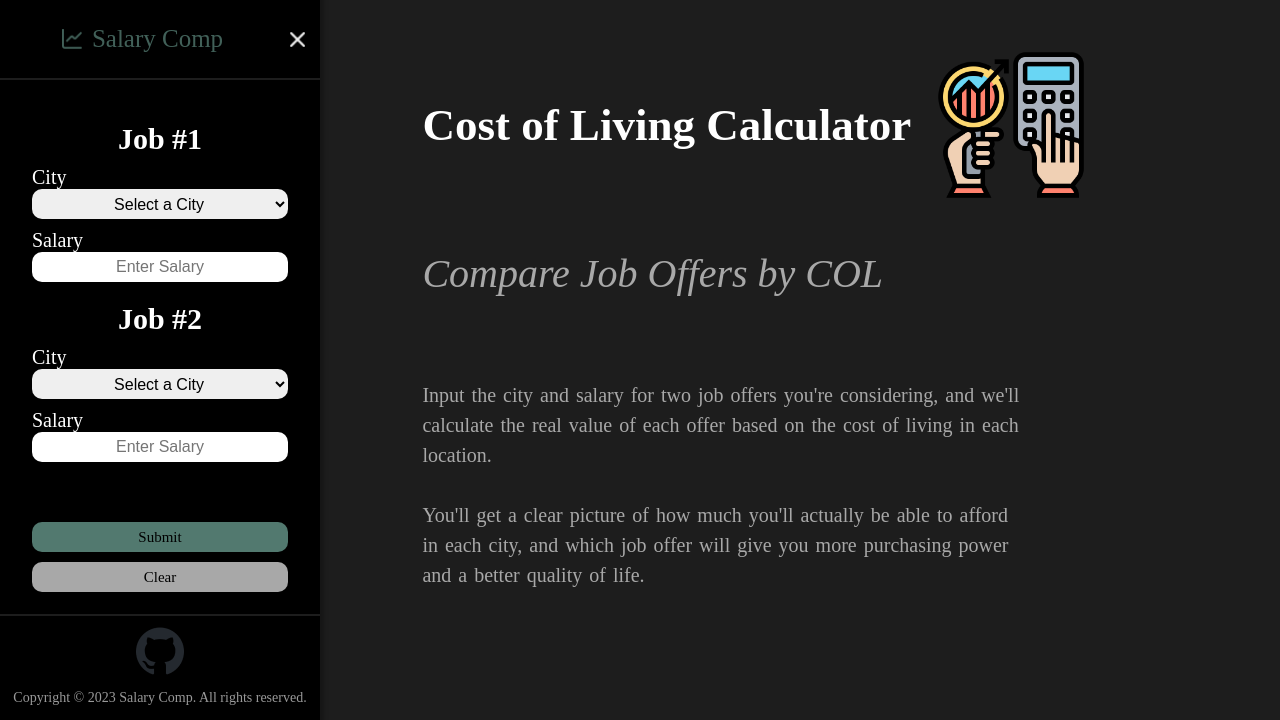
Repository: robbymcd/Salary-Comp
Page: /
An editor plug-in stored every save of this project. The page is shown before and after the next save, followed by the edit.
The browser window is 1280 px wide. The pictures show the whole page.
Some web fonts or font styles are not loaded; a fallback is used. The project was rebuilt for these pictures with package versions that can differ from the ones it lists, and the page was loaded fresh each time. Also part of the build but not shown: src/Main.css, src/Main.js.

Above is the page before, as saved 2023-06-16 10:48:22.

### public/index.html
<!DOCTYPE html>
<html lang="en">
  <head>
    <meta charset="utf-8" />
    <link rel="icon" href="%PUBLIC_URL%/favicon.ico" />
    <meta name="viewport" content="width=device-width, initial-scale=1" />
    <meta name="theme-color" content="#000000" />
    <meta
      name="description"
      content="Compare Job Offers by COL"
    />
    <link rel="apple-touch-icon" href="%PUBLIC_URL%/logo192.png" />
    <!--
      manifest.json provides metadata used when your web app is installed on a
      user's mobile device or desktop. See https://developers.google.com/web/fundamentals/web-app-manifest/
    -->
    <link rel="manifest" href="%PUBLIC_URL%/manifest.json" />
    <!--
      Notice the use of %PUBLIC_URL% in the tags above.
      It will be replaced with the URL of the `public` folder during the build.
      Only files inside the `public` folder can be referenced from the HTML.

      Unlike "/favicon.ico" or "favicon.ico", "%PUBLIC_URL%/favicon.ico" will
      work correctly both with client-side routing and a non-root public URL.
      Learn how to configure a non-root public URL by running `npm run build`.
    -->
    <title>Salary Comp</title>
  </head>
  <body>
    <noscript>You need to enable JavaScript to run this app.</noscript>
    <div id="root"></div>
    <!--
      This HTML file is a template.
      If you open it directly in the browser, you will see an empty page.

      You can add webfonts, meta tags, or analytics to this file.
      The build step will place the bundled scripts into the <body> tag.

      To begin the development, run `npm start` or `yarn start`.
      To create a production bundle, use `npm run build` or `yarn build`.
    -->
  </body>
</html>

### src/index.css
body {
  margin: 0;
  font-family: -apple-system, BlinkMacSystemFont, 'Segoe UI', 'Roboto', 'Oxygen',
    'Ubuntu', 'Cantarell', 'Fira Sans', 'Droid Sans', 'Helvetica Neue',
    sans-serif;
  -webkit-font-smoothing: antialiased;
  -moz-osx-font-smoothing: grayscale;
  height: 100%;
  width: 100%;
}

html {
  height: 100%;
  width: 100%;
  background-color: #1D1D1D;
}

code {
  font-family: source-code-pro, Menlo, Monaco, Consolas, 'Courier New',
    monospace;
}

### src/App.js
import React, { useState } from 'react';
import './App.css';
import Sidebar from './Sidebar.js';
import Content from './Content.js';

function App() {
  const [isSubmitted, setIsSubmitted] = useState(false);
  const [cityCOL1, setCityCOL1] = useState('');
  const [cityCOL2, setCityCOL2] = useState('');
  const [cityName1, setCityName1] = useState('');
  const [cityName2, setCityName2] = useState('');
  const [salary1, setSalary1] = useState('');
  const [salary2, setSalary2] = useState('');

  const handleFormSubmit = (formData) => {
    setIsSubmitted(true);
    setCityCOL1(formData.cityCOL1);
    setCityCOL2(formData.cityCOL2);
    setCityName1(formData.cityName1);
    setCityName2(formData.cityName2);
    setSalary1(formData.salary1);
    setSalary2(formData.salary2);
  };

  return (
    <div className="main">
        <Sidebar onFormSubmit={handleFormSubmit}/>
        <Content isSubmitted={isSubmitted} cityCOL1={cityCOL1} cityCOL2={cityCOL2} cityName1={cityName1} cityName2={cityName2} salary1={salary1} salary2={salary2} />
    </div>
  );
}

export default App;

### src/App.css
.main {
    display: flex;
    flex-direction: row;
    height: 200%;
    width: 100%;
    background-color: #1D1D1D;
}

### src/Sidebar.js
import React, { useState, useRef } from 'react';
import plus from './plus.png';
import './Sidebar.css';
import chart from './chart.png';
import github from './github.png';
import x from './x.png';
import './OpenSidebar.css';
import './Select.css';

export default function Sidebar( { onFormSubmit } ) {
    const [isOpen, setIsOpen] = useState(true);
    const [isClosed, setIsClosed] = useState(false);

    const [city1, setCity1] = useState('0');
    const [city2, setCity2] = useState('0');

    const [salary1, setSalary1] = useState('');
    const [salary2, setSalary2] = useState('');


    const [error, setError] = useState(false);

    const selectRef1 = useRef(null);
    const selectRef2 = useRef(null);

    const formatSalary = (salary) => {
        salary = salary.replace(/[^0-9]/g, '');

        // Convert the salary to a number and format it with commas
        const formattedSalary = Number(salary).toLocaleString();

        // Add the '$' symbol
        return '$' + formattedSalary;
    }

    const openSidebar = () => {
        setIsOpen(true);
        setIsClosed(false);
    }

    const closeSidebar = () => {
        setIsOpen(false);
        setIsClosed(true);
    }

    const city1ChangeHandler = (event) => {
        setCity1(event.target.value)
    }

    const city2ChangeHandler = (event) => {
        setCity2(event.target.value);
    }


    const salary1ChangeHandler = (event) => {
        const inputValue = event.target.value;
        const formattedValue = formatSalary(inputValue);
        const regex = /\d/;

        if (regex.test(formattedValue[formattedValue.length - 1])) {
          setSalary1(formattedValue);
        } else {
            setSalary1(formattedValue.slice(0, formattedValue.length - 1));
        }
      }


    const salary2ChangeHandler = (event) => {
        const inputValue = event.target.value;
        const formattedValue = formatSalary(inputValue);
        const regex = /\d/;
        if (regex.test(formattedValue[formattedValue.length - 1])) {
            setSalary2(formattedValue);
        } else {
            setSalary2(formattedValue.slice(0, formattedValue.length - 1));
        }
    }

    const refresh = () => {
        window.location.reload(false);
    }

    const submitHandler = (event) => {
        event.preventDefault();
        if (city1 === '0' | city2 === '0' | salary1 === '' | salary2 === '') {
            setError(true);
            return;
        }
        setError(false);
        const formData = {
            cityCOL1: city1,
            cityCOL2: city2,
            cityName1: selectRef1.current.options[selectRef1.current.selectedIndex].text,
            cityName2: selectRef2.current.options[selectRef2.current.selectedIndex].text,
            salary1: salary1,
            salary2: salary2
        };
        onFormSubmit(formData);
    }

    const clearHandler = (event) => {
        event.preventDefault();
        setError(false);
        setCity1('0');
        setCity2('0');
        setSalary1('');
        setSalary2('');
    }

    return (
        <div className="sidebar">
            {isClosed && (
                <div className='closed-sidebar'>
                <img
                    className="plusIcon"
                    src={plus}
                    alt="plus"
                    onClick={openSidebar}
                />
            </div>
            )}
            {isOpen && (
                <div className='open-sidebar'>
                <div className='sidebar-header'>
                    <div className='logo' onClick={refresh}>
                        <img className='chart' src={chart} alt='Chart'></img>
                        <p>Salary Comp</p>
                    </div>
                    <img className='x' src={x} alt='x' onClick={closeSidebar}></img>
                </div>
                <form className='form' onSubmit={onFormSubmit}>
                    <h1>Job #1</h1>
                    <div className='city'>
                        <label>City</label>
                        <div className="select-main">
                            <select ref={selectRef1} value={city1} className='select-input' onChange={city1ChangeHandler}>
                                <option value='0'>Select a City</option>
                                <option value='89.1'>Abilene, TX</option>
                                <option value='90.5'>Adrian, MI</option>
                                <option value='89.4'>Akron, OH</option>
                                <option value='85.8'>Alamogordo, NM</option>
                                <option value='87.3'>Albany, GA</option>
                                <option value='105.4'>Albany, OR</option>
                                <option value='100.1'>Albany, NY</option>
                                <option value='90.9'>Albertville, AL</option>
                                <option value='92.9'>Albuquerque, NM</option>
                                <option value='86.2'>Alexandria, LA</option>
                                <option value='98.9'>Allentown, PA</option>
                                <option value='90.8'>Altoona, PA</option>
                                <option value='88.2'>Amarillo, TX</option>
                                <option value='91.5'>Ames, IA</option>
                                <option value='110.7'>Anchorage, AK</option>
                                <option value='99.3'>Ann Arbor, MI</option>
                                <option value='85.7'>Anniston, AL</option>
                                <option value='90.7'>Appleton, WI</option>
                                <option value='103.3'>Asheville, NC</option>
                                <option value='87.4'>Ashtabula, OH</option>
                                <option value='88.5'>Athens, OH</option>
                                <option value='92.9'>Athens, TX</option>
                                <option value='95'>Athens, GA</option>
                                <option value='100.3'>Atlanta, GA</option>
                                <option value='102'>Atlantic City, NJ</option>
                                <option value='93.7'>Auburn, NY</option>
                                <option value='91.9'>Auburn, AL</option>
                                <option value='91.6'>Augusta, GA</option>
                                <option value='100'>Augusta, ME</option>
                                <option value='106.6'>Austin, TX</option>
                                <option value='102.9'>Bakersfield, CA</option>
                                <option value='107'>Baltimore, MD</option>
                            </select>
                        </div>
                    </div>
                    <div className='salary'>
                        <label>Salary</label>
                        <input className='salary-input' type='text' placeholder='Enter Salary' onChange={salary1ChangeHandler} value={salary1}></input>
                    </div>
                    <h1>Job #2</h1>
                    <div className='city'>
                        <label>City</label>
                        <div className="select-main">
                            <select ref={selectRef2} value={city2} className='select-input' onChange={city2ChangeHandler}>
                                <option value='0'>Select a City</option>
                                <option value='89.1'>Abilene, TX</option>
                                <option value='90.5'>Adrian, MI</option>
                                <option value='89.4'>Akron, OH</option>
                                <option value='85.8'>Alamogordo, NM</option>
                                <option value='87.3'>Albany, GA</option>
                                <option value='105.4'>Albany, OR</option>
                                <option value='100.1'>Albany, NY</option>
                                <option value='90.9'>Albertville, AL</option>
                                <option value='92.9'>Albuquerque, NM</option>
                                <option value='86.2'>Alexandria, LA</option>
                                <option value='98.9'>Allentown, PA</option>
                                <option value='90.8'>Altoona, PA</option>
                                <option value='88.2'>Amarillo, TX</option>
                                <option value='91.5'>Ames, IA</option>
                                <option value='110.7'>Anchorage, AK</option>
                                <option value='99.3'>Ann Arbor, MI</option>
                                <option value='85.7'>Anniston, AL</option>
                                <option value='90.7'>Appleton, WI</option>
                                <option value='103.3'>Asheville, NC</option>
                                <option value='87.4'>Ashtabula, OH</option>
                                <option value='88.5'>Athens, OH</option>
                                <option value='92.9'>Athens, TX</option>
                                <option value='95'>Athens, GA</option>
                                <option value='100.3'>Atlanta, GA</option>
                                <option value='102'>Atlantic City, NJ</option>
                                <option value='93.7'>Auburn, NY</option>
                                <option value='91.9'>Auburn, AL</option>
                                <option value='91.6'>Augusta, GA</option>
                                <option value='100'>Augusta, ME</option>
                                <option value='106.6'>Austin, TX</option>
                                <option value='102.9'>Bakersfield, CA</option>
                                <option value='107'>Baltimore, MD</option>
                            </select>
                        </div>
                    </div>
                    <div className='salary'>
                        <label>Salary</label>
                        <input className='salary-input' type='text' placeholder='Enter Salary' onChange={salary2ChangeHandler} value={salary2}></input>
                        {error && <p className='error'>Please fill out all fields</p>}
                    </div>
                    <div className='button-container'>
                        <div className='submit-container'>
                            <button className='submit' onClick={submitHandler} type='submit'>Submit</button>
                        </div>
                        <div className='clear-container'>
                            <button className='clear' onClick={clearHandler}>Clear</button>
                        </div>
                    </div>
                </form>
                <div className='footer'>
                    <img className='github' src={github} alt='github'></img>
                    <p className='copyright'>Copyright © 2023 Salary Comp. All rights reserved.</p>
                </div>
            </div>
            )}
        </div>
    );
}

### src/Content.js
import React from 'react';
import './Content.css';
import Instruction from './Instruction.js';
import Main from './Main.js';

export default function Content({ isSubmitted ,cityCOL1 ,cityCOL2, cityName1, cityName2 , salary1, salary2 }) {

    return (
        <div className='Content-container'>
            {isSubmitted ? <Main cityCOL1={cityCOL1} cityCOL2={cityCOL2} cityName1={cityName1} cityName2={cityName2} salary1={salary1} salary2={salary2}/> : <Instruction />}
        </div>
    );
}

### src/Sidebar.css
@import url('https://fonts.googleapis.com/css?family=Roboto-Mono');
@import url('https://fonts.googleapis.com/css?family=Mukta-Vaani');
.sidebar {
    display: flex;
    height: 100vh;
    width: fit-content;
}

.closed-sidebar {
    display: flex;
    height: 100vh;
    width: fit-content;
    margin-right: 22vw;
}

.plusIcon {
    height: 30px;
    width: 30px;
    margin-left: 20px;
    align-self: center;
    cursor: pointer;
}

.plusIcon:hover {
    opacity: 0.5;
}

.error {
    display: flex;
    font-size: 15px;
    margin-bottom: -15px;
    color: #BA1F33;
}

.button-container {
    display: flex;
    flex-direction: column;
    gap: 10px;
    margin-top: 50px;
}

.submit-container {
    display: flex;
}

.submit {
    height: 30px;
    width: clamp(100px, 20vw, 300px);
    border-radius: 10px;
    border: none;
    outline: none;
    cursor: pointer;
    background-color: #52796F;
    font-family: Mukta Vaani;
    font-size: 15px;
    color: #000;
    box-shadow: 0px 4px 4px rgba(0, 0, 0, 0.25);
}

.submit:hover {
    opacity: 0.8;
}

.clear-container {
    display: flex;
}

.clear {
    height: 30px;
    width: clamp(100px, 20vw, 300px);
    border-radius: 10px;
    border: none;
    outline: none;
    cursor: pointer;
    background-color: #a8a8a8;
    font-family: Mukta Vaani;
    font-size: 15px;
    color: #000;
    box-shadow: 0px 4px 4px rgba(0, 0, 0, 0.25);
}

.clear:hover {
    opacity: 0.8;
}

@media screen and (max-width: 700px) {

}

### src/OpenSidebar.css
@import url('https://fonts.googleapis.com/css?family=Roboto-Mono');
@import url('https://fonts.googleapis.com/css?family=Mukta-Vaani');

.open-sidebar {
    display: flex;
    flex-direction: column;
    height: 100vh;
    width: 25vw;
    background-color: #000;
    box-shadow: 0px 0px 4px 4px rgba(0, 0, 0, 0.25);
    margin-right: 8vw;
    transition: transform 0.3s ease-in-out;
}

.sidebar-header {
    display: flex;
    width: 25vw;
    border-bottom: 2px solid #1d1d1d;
    justify-content: space-between;
    align-items: center;
}

.sidebar-wrapper {
    display: inline-block;
}

.centering {
    display: flex;
    flex-direction: row;
    width: 100%;
    align-self: center;
    align-items: center;
    justify-content: center;
}

.logo {
    display: flex;
    flex-direction: row;
    width: 100%;
    align-items: center;
    justify-content: center;
    gap: 10px;
    cursor: pointer;
}

.logo:hover {
    opacity: .8;
}

.logo p {
    font-family: Roboto Mono;
    color: #52796F;
    font-size: 25px;
}

.chart {
    height: 20px;
    width: 20px;
}

.city {
    display: flex;
    flex-direction: column;
    font-family: Mukta Vaani;
    font-style: normal;
    font-weight: 300;
    font-size: 20px;
    color: #fff;
}

.salary{
    display: flex;
    flex-direction: column;
    font-family: Mukta Vaani;
    font-style: normal;
    font-weight: 300;
    font-size: 20px;
    color: #fff;
}

.salary label {
    display: flex;
    justify-self: center;
}

.form {
    display: flex;
    flex-direction: column;
    font-family: Mukta Vaani;
    height: 100%;
    align-items: center;
    gap: 10px;
    margin-top: 10px;
    border-bottom: 2px solid #1d1d1d;
    justify-content: center;
}

.form h1 {
    color: #fff;
    font-family: Roboto Mono;
    font-size: 30px;
    font-weight: 700;
    font-style: normal;
    text-align: center;
    margin-top: 10px;
    margin-bottom: 0px;
}

select {
    cursor: pointer;
}

input {
    text-decoration: none;
    height: 30px;
    width: clamp(100px, 20vw, 300px);
    border-radius: 10px;
    outline: none;
    border: none;
    padding: 0;
    text-align: center;
    font-size: 16px;
    cursor: pointer;
}

.salarycomp {
    height: 80px;
    width: 360px;
}

.x {
    height: 25px;
    width: 25px;
    cursor: pointer;
    margin-right: 10px;
}

.x:hover {
    opacity: 0.5;
    transition: ease-in-out 0.2s;
}

.footer {
    display: flex;
    flex-direction: column;
    align-items: center;
    justify-content: center;
    width: 100%;
    background-color: #000;
}

.footer p {
    color: #fff;
    opacity: .6;
    font-family: 'Mukta Vaani';
    font-style: normal;
    font-weight: 300;
    font-size: 14px;
}

.hiw {
    text-decoration: underline;
    cursor: pointer;
}

.hiw:hover {
    opacity: 0.5;
}

.github {
    height: 50px;
    width: 50px;
    margin-top: 10px;
    cursor: pointer;
}

.github:hover {
    opacity: 0.8;
}

@media screen and (max-width: 1000px) {
    .footer p {
        font-size: 10px;
    }
}

### src/Select.css
.select-main {
    text-decoration: none;
    height: 30px;
    width: clamp(100px, 20vw, 300px);
    border-radius: 10px;
    outline: none;
    text-align: center;
    font-size: 16px;
}

.select-main select {
    text-align: center;
    text-decoration: none;
    outline: none;
    border: none;
    height: 30px;
    width: clamp(100px, 20vw, 300px);
    border-radius: 10px;
    font-size: 16px;
    padding-left: 10px;
}

### src/Content.css
@import url('https://fonts.googleapis.com/css?family=Kadwa');
@import url('https://fonts.googleapis.com/css?family=Hind-Madurai');

.Content-container {
    display: flex;
    width: 100%;
}

.header {
    display: flex;
    flex-direction: row;
    align-items: center;
    margin-top: 50px;
    gap: 25px;
}

.content h1 {
    font-family: Kadwa;
    font-weight: bold;
    font-size: 45px;
    height: 100%;
    margin: 0;
}

.content h2 {
    font-family: Hind Madurai;
    font-size: 40px;
    color: #a8a8a8;
    margin-top: 50px;
    width: 75%;
    font-weight: 500;
    font-style: italic;
}

.content p {
    display: flex;
    width: 50vw;
    font-family: Hind Madurai;
    font-size: 20px;
    color: #a8a8a8;
    word-spacing: 2px;
    line-height: 1.5;
    margin-top: 50px;
    width: 70%;
}

.content {
    display: flex;
    flex-direction: column;
    color: #fff;
    height: fit-content;
    width: 100%;
    justify-items: center;
}

.calculator {
    display: flex;
    height: 150px;
    width: 150px;
}

### src/Instruction.js
import calculator from './calculator.png';

export default function Instruction() {
    return (
        <div className="content">
            <div className="header">
                <h1>Cost of Living Calculator</h1>
                <img className="calculator" src={calculator} alt='calculator'></img>
            </div>
            <h2>Compare Job Offers by COL</h2>
            <p>Input the city and salary for two job offers you're considering, and we'll calculate the real value of each offer based on the cost of living in each location.<br/><br/>You'll get a clear picture of how much you'll actually be able to afford in each city, and which job offer will give you more purchasing power and a better quality of life.
            </p>
        </div>
    );
}

Loaded but not shown: src/index.js (common file); src/reportWebVitals.js (common file)

After the next save:
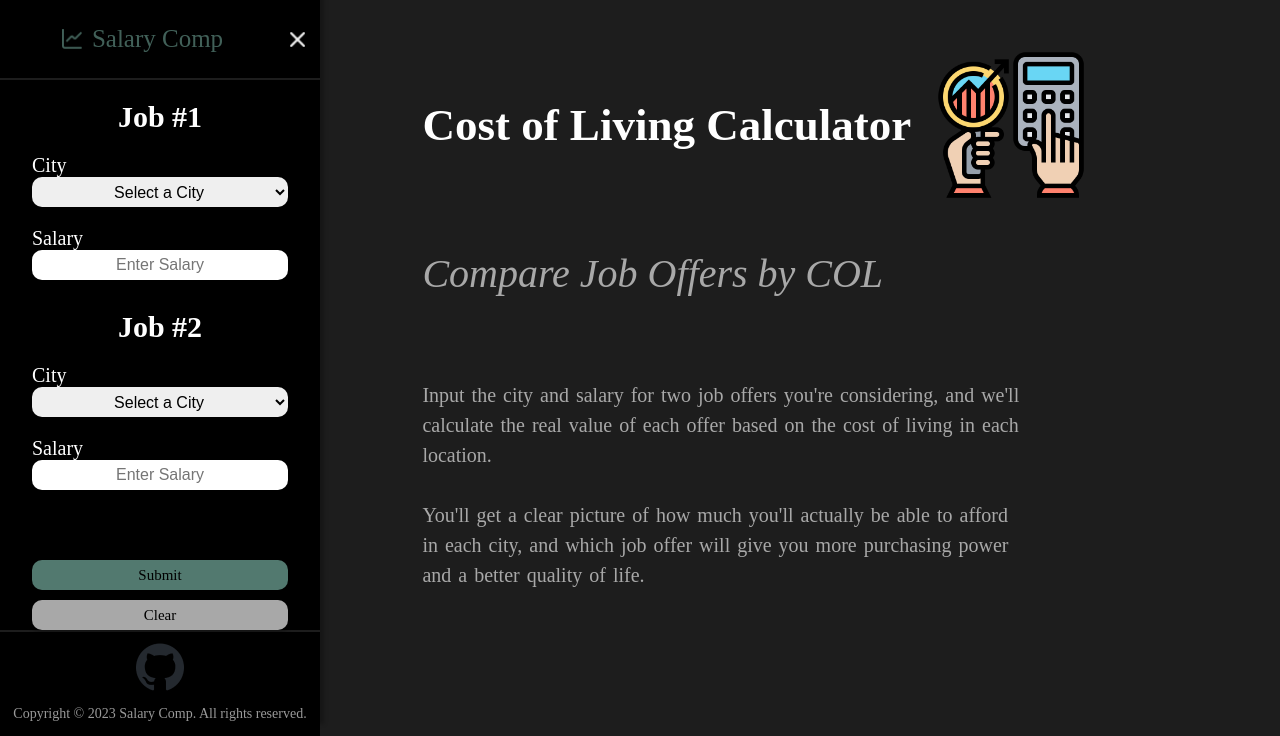
Saved 2 min 12 s later.
--- a/src/OpenSidebar.css
+++ b/src/OpenSidebar.css
@@ -89,7 +89,7 @@
     font-family: Mukta Vaani;
     height: 100%;
     align-items: center;
-    gap: 10px;
+    gap: 20px;
     margin-top: 10px;
     border-bottom: 2px solid #1d1d1d;
     justify-content: center;
